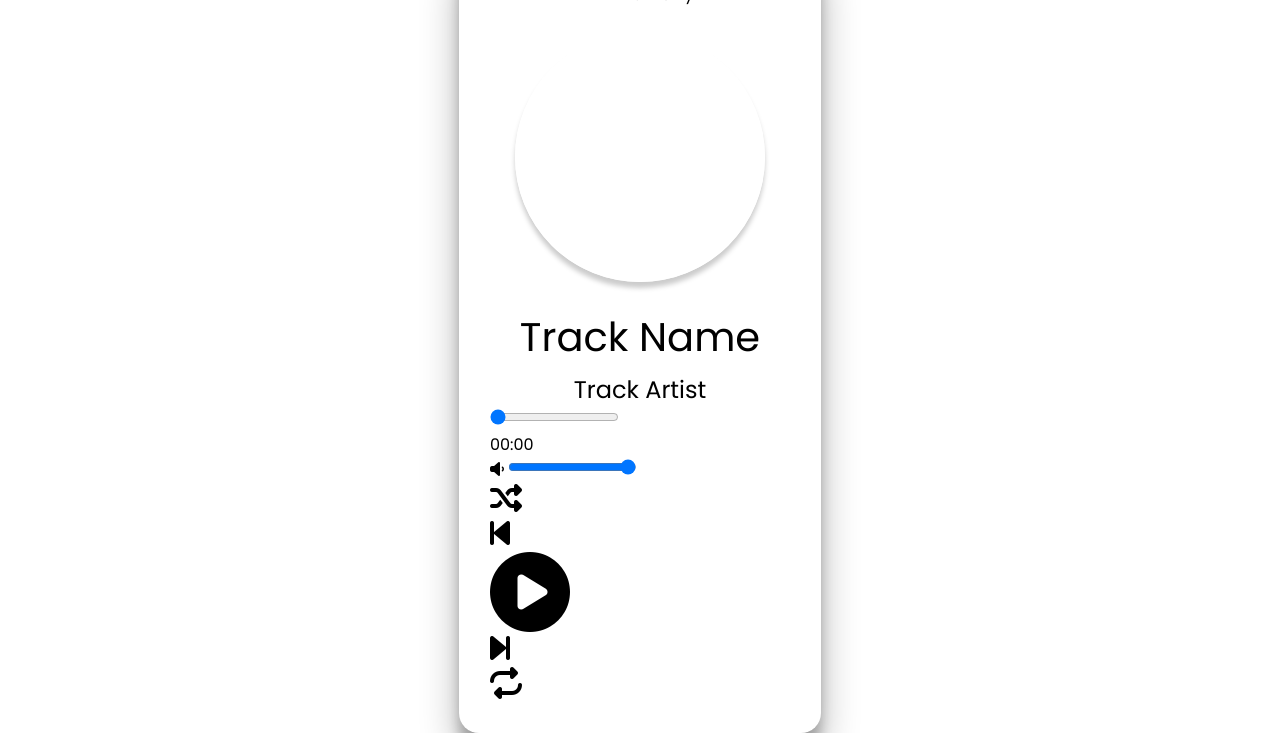
Repository: NguyenVietPhuQuy/Javascript-AudioPlayer
Page: index.html
An editor plug-in stored every save of this project. The page is shown before and after the next save, followed by the edit.
The browser window is 1280 px wide. The pictures show the whole page.

Above is the page before, as saved 2022-11-09 08:32:57.

### index.html
<!DOCTYPE html>
<html lang="en">
<head>
    <meta charset="UTF-8">
    <meta http-equiv="X-UA-Compatible" content="IE=edge">
    <meta name="viewport" content="width=device-width, initial-scale=1.0">
    <title>Music Player</title>
    <!--Font-Awesome-->
    <link rel="stylesheet" href="https://cdnjs.cloudflare.com/ajax/libs/font-awesome/6.2.0/css/all.min.css">
    <!--Css-->
    <link rel="stylesheet" href="index.css">
</head>
<body>
    <div class="player">
        <div class="wrapper">
            <div class="details">
                <div class="now-playing">PAYING x OF y</div>
                <div class="track-art"></div>
                <div class="track-name">Track Name</div>
                <div class="track-artist">Track Artist</div>
            </div>

            <div class="slider_container">
                <div class="current-time"></div>
                <input type="range" min="1" max="100" value="0"
                class="seek_slider" onchange="seekTo()">
                <div class="total-duration">00:00</div>
            </div>

            <div class="slider_container">
                <i class="fa fa-volume-down"></i>
                <input type="range" min="1" max="100" value="99"
                class="volume_slider" onchange="setVolume()">
            </div>

            <div class="buttons">
                <div class="random-track">
                    <i class="fas fa-random fa-2x" title="random"
                    onclick="randomTrack()"></i>
                </div>

                <div class="prev-track">
                    <i class="fas fa-step-backward fa-2x"
                    onclick="prevTrack()"></i>
                </div>

                <div class="playerpause-track">
                    <i class="fas fa-play-circle fa-5x"
                    onclick="playPauseTrack()"></i>
                </div>

                <div class="next-track">
                    <i class="fas fa-step-forward fa-2x"
                    onclick="nextTrack()"></i>
                </div>

                <div class="repeat-track">
                    <i class="fas fa-repeat fa-2x" title="repeat"
                    onclick="repeatTrack()"></i>
                </div>
            </div>

            <div id="wave">
                <span class="stroke"></span>
                <span class="stroke"></span>
                <span class="stroke"></span>
                <span class="stroke"></span>
                <span class="stroke"></span>
                <span class="stroke"></span>
                <span class="stroke"></span>
            </div>
        </div>
    </div>
    <!--Main-->
    <script src="index.js"></script>
</body>
</html>

### index.css
/*Font Google and base*/
@import url('https://fonts.googleapis.com/css2?family=Poppins&display=swap');
*{
    font-family: 'Poppins',sans-serif;
    box-sizing: border-box;
    margin: 0 auto;
}
img{
    width: 100%;
}
/*Main*/
.player{
    height: 95vh;
    display: flex;
    align-items: center;
    flex-direction: column;
    justify-content: center;
}
.wrapper{
    border: 1px solid transparent;
    padding: 30px;
    border-radius: 20px;
    box-shadow: rgba(0, 0, 0, 0.3) 0 19px 38px, rgba(0, 0, 0, 0.22) 0 15px 12px
}
.details{
    display: flex;
    align-items: center;
    flex-direction: column;
    justify-content: center;
}
.track-art{
    margin: 25px;
    height: 250px;
    width: 250px;
    border: 2px solid #fff;
    background-size: cover;
    background-position: center;
    box-shadow: 0px 6px 5px #ccc;
    border-radius: 190px;
}
.now-playing {
    font-size: 1rem;
}
.track-name{
    font-size: 2.5rem;
}
.track-artist{
    margin-top: 5px;
    font-size: 1.5rem;
}
.button{
    display: flex;
    flex-direction: row;
    align-items: center;
    margin-bottom: 30px;
}

Loaded but not shown: index.js (no copy from this time; the picture is the same without it)

After the next save:
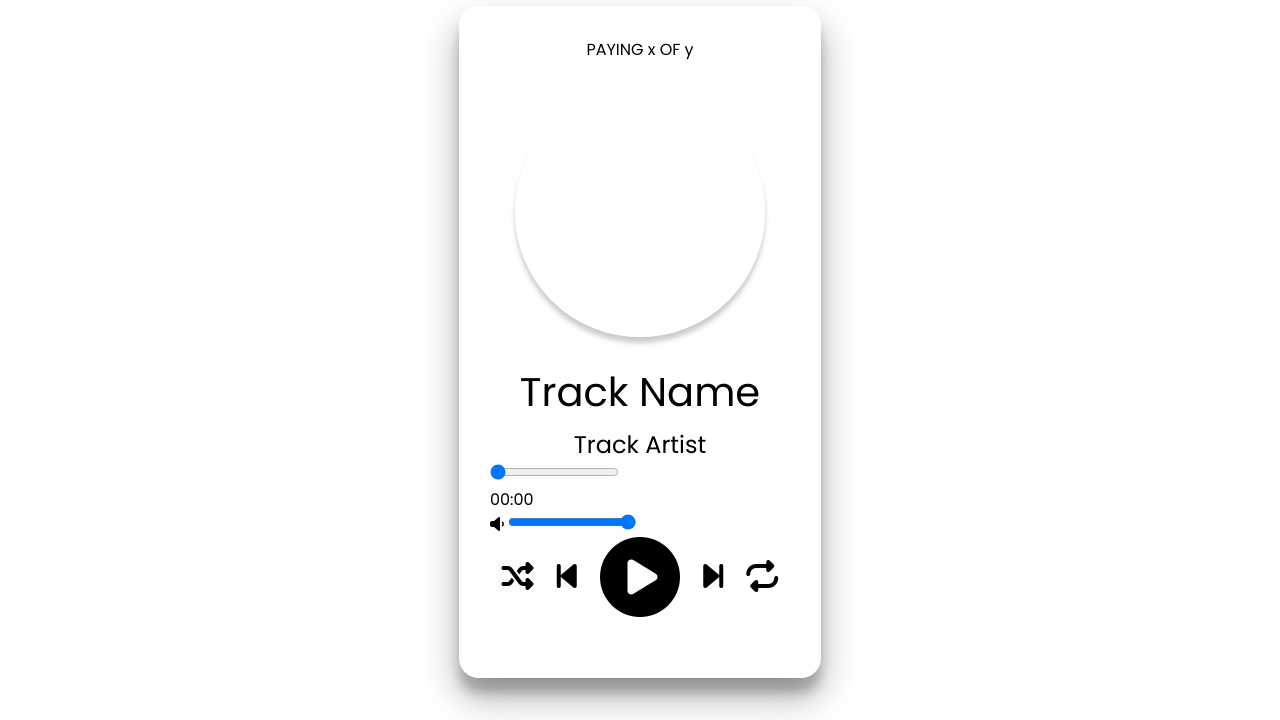
Saved 70 s later.
--- a/index.css
+++ b/index.css
@@ -48,7 +48,7 @@ img{
     margin-top: 5px;
     font-size: 1.5rem;
 }
-.button{
+.buttons{
     display: flex;
     flex-direction: row;
     align-items: center;
